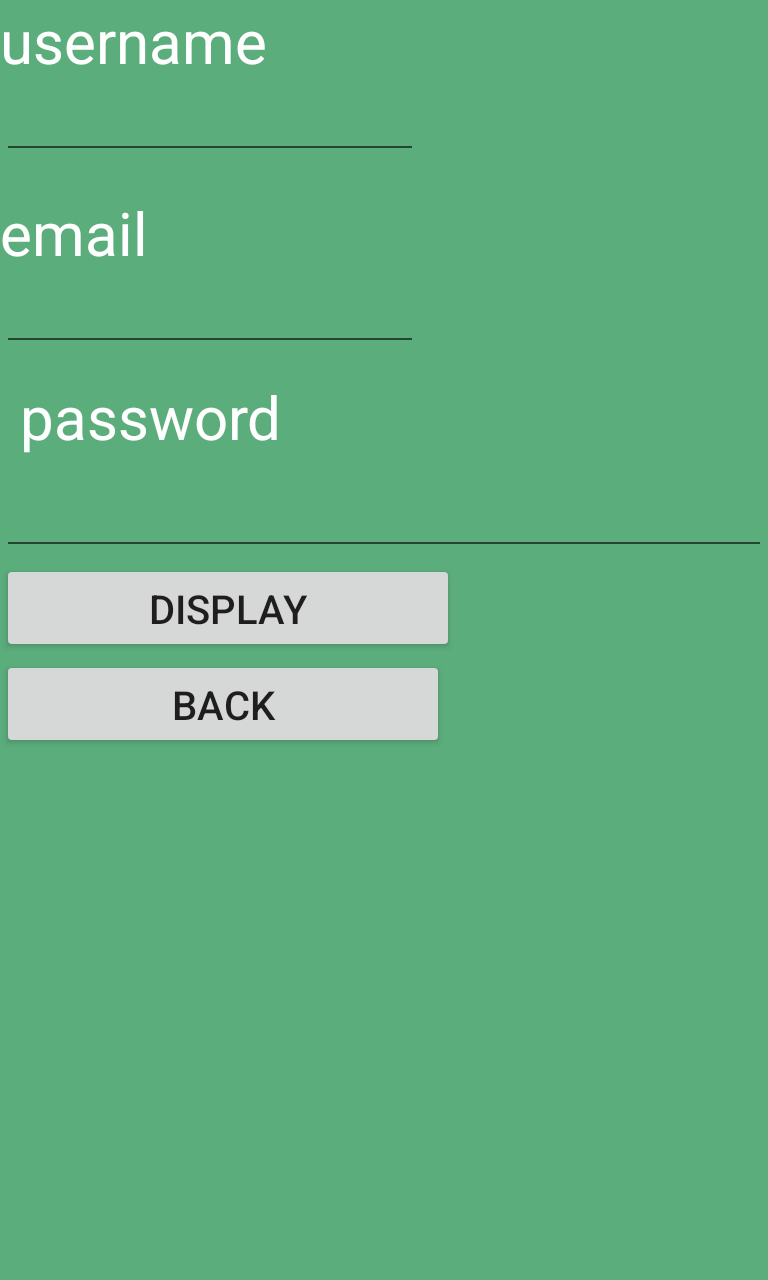
Repository: janemuthoni/icon
Layout: Exam/res/layout/login.xml
These files come from the project's save history. The layout is drawn as it stood at one moment and after a run of saves; the edit follows.
It is drawn on a 768 x 1280 px phone screen (xhdpi) without system bars, with theme AppTheme; the app's code is not run.

Above is the layout before, as saved 2014-08-07 08:34:11.

### Exam/res/layout/login.xml
<?xml version="1.0" encoding="utf-8"?>
<LinearLayout xmlns:android="http://schemas.android.com/apk/res/android"
    android:layout_width="match_parent"
    android:layout_height="match_parent"
    android:orientation="vertical"
    android:background="@color/cyan">
     <TextView
           android:id="@+id/username"
           android:layout_width="wrap_content"
           android:layout_height="wrap_content"
           android:text="@string/Username"
           android:textSize="30sp"
           android:textColor="@color/white" />

       <EditText
           android:id="@+id/editText2"
           android:layout_width="wrap_content"
           android:layout_height="wrap_content"
           android:ems="10"
           android:inputType="textPersonName" />

       <TextView
           android:id="@+id/email"
           android:text="@string/email"
           android:textColor="@color/white"
           android:layout_width="wrap_content"
           android:layout_height="wrap_content"
           android:layout_marginTop="14dp"
           android:textSize="30sp" />

       <EditText
           android:id="@+id/editText4"
           android:layout_width="wrap_content"
           android:layout_height="wrap_content"
           android:ems="10"
           android:inputType="textEmailAddress" />

   <TextView
     android:id="@+id/password"
     android:layout_width="wrap_content"
     android:layout_height="wrap_content"
     android:text="@string/password"
     android:textSize="30sp"
     android:textColor="@color/white"
     android:layout_margin="10dp"/>

      <EditText
     android:id="@+id/editText1"
     android:layout_width="match_parent"
     android:layout_height="wrap_content"
     android:ems="10"
     android:inputType="textPassword" />

      <Button
          android:id="@+id/buttonverify"
          android:layout_width="228dp"
          android:layout_height="wrap_content"
          android:text="@string/btndisplay"
          android:textColor="@color/black"
          android:textSize="20sp" />

      <Button
          android:id="@+id/buttonback"
          android:layout_width="223dp"
          android:layout_height="wrap_content"
          android:text="@string/buttonback"
          android:textColor="@color/black"
          android:textSize="20sp"/>

</LinearLayout>

### Exam/res/values/color.xml
<?xml version="1.0" encoding="utf-8"?>
<resources>
     <color name="grey">#A49F99</color>
      <color name="blue">#170674</color>
      <color name="green">#C81B1B</color>
      <color name="lightgreen">#7FDC33</color>
      <color name="darkgrey">#666D61</color>
      <color name="white">#FFFFFF</color>
      <color name="black">#1F1D1D</color>
      <color name="pink">#E1FBA2F7</color>
      <color name="lightgrey">#EBE0E3</color>
      <color name="cyan">#5CAD7C</color>
      <color name="greengrass">#08893C</color>
      <color name="yellow">#FDFF4F</color>
      <color name="violet">#7D0E2F</color>


</resources>

### Exam/res/values/strings.xml
<?xml version="1.0" encoding="utf-8"?>
<resources>

    <string name="app_name">Exam</string>
    <string name="hello_world">Hello world!</string>
    <string name="action_settings">Settings</string>
    <string name="firstname">firstname</string>
    <string name="email">email</string>
    <string name="verify">verify</string>
    <string name="password">password</string>
    <string name="Username">username</string>
    <string name="buttonregister">Register</string>
    <string name="buttonLogin">Login</string>
    <string name="buttonback">back</string>
    <string name="buttonverify">Verify</string>
    <string name="btndisplay">display</string>
    <string name="title_activity_register">RegisterActivity</string>
    <string name="title_activity_main">MainActivity</string>
    <string name="title_activity_welcome">WelcomeActivity</string>

</resources>

Loaded but not shown: Exam/res/values/styles.xml (common file); Exam/res/values-v11/styles.xml (common file); Exam/res/values-v14/styles.xml (common file)

After the next 2 saves:
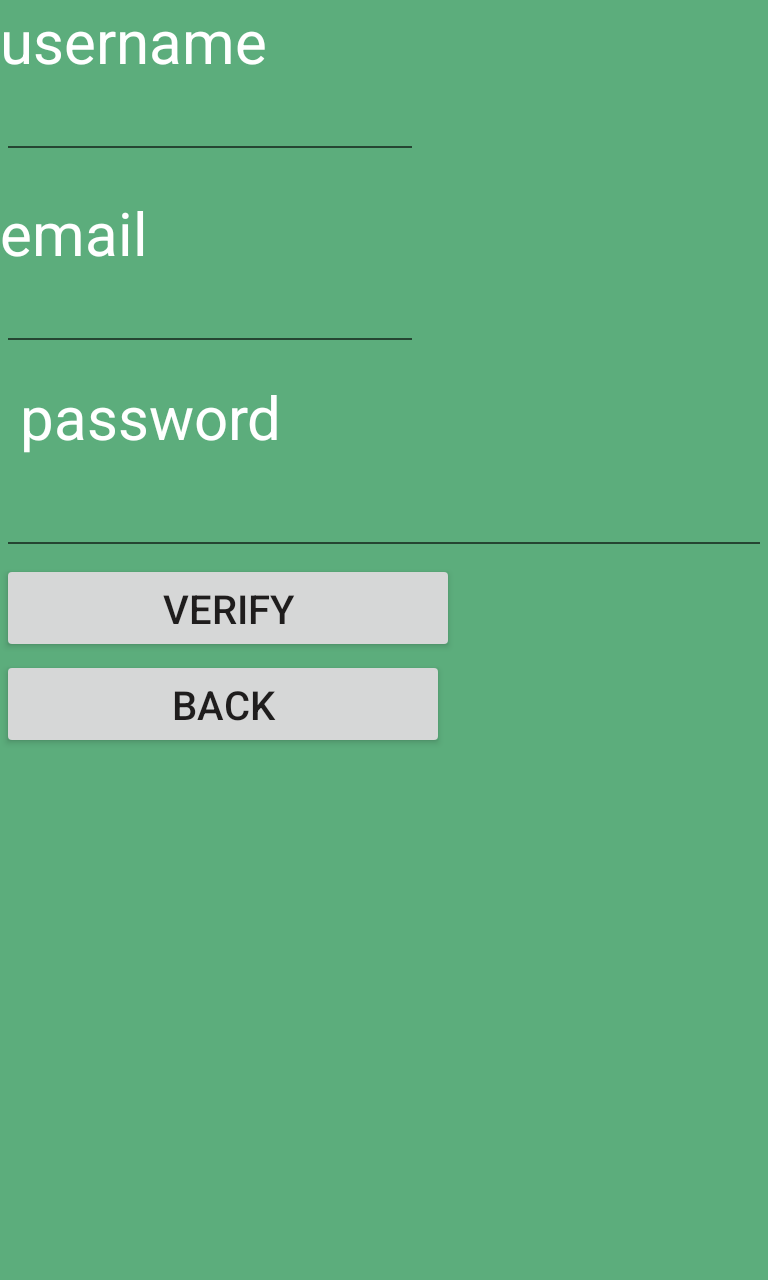
The 2 saves are shown as one change because 1 did not build or start.
The last was saved 37 s later.
--- a/Exam/res/layout/login.xml
+++ b/Exam/res/layout/login.xml
@@ -55,7 +55,7 @@
           android:id="@+id/buttonverify"
           android:layout_width="228dp"
           android:layout_height="wrap_content"
-          android:text="@string/btndisplay"
+          android:text="@string/buttonverify"
           android:textColor="@color/black"
           android:textSize="20sp" />
 
